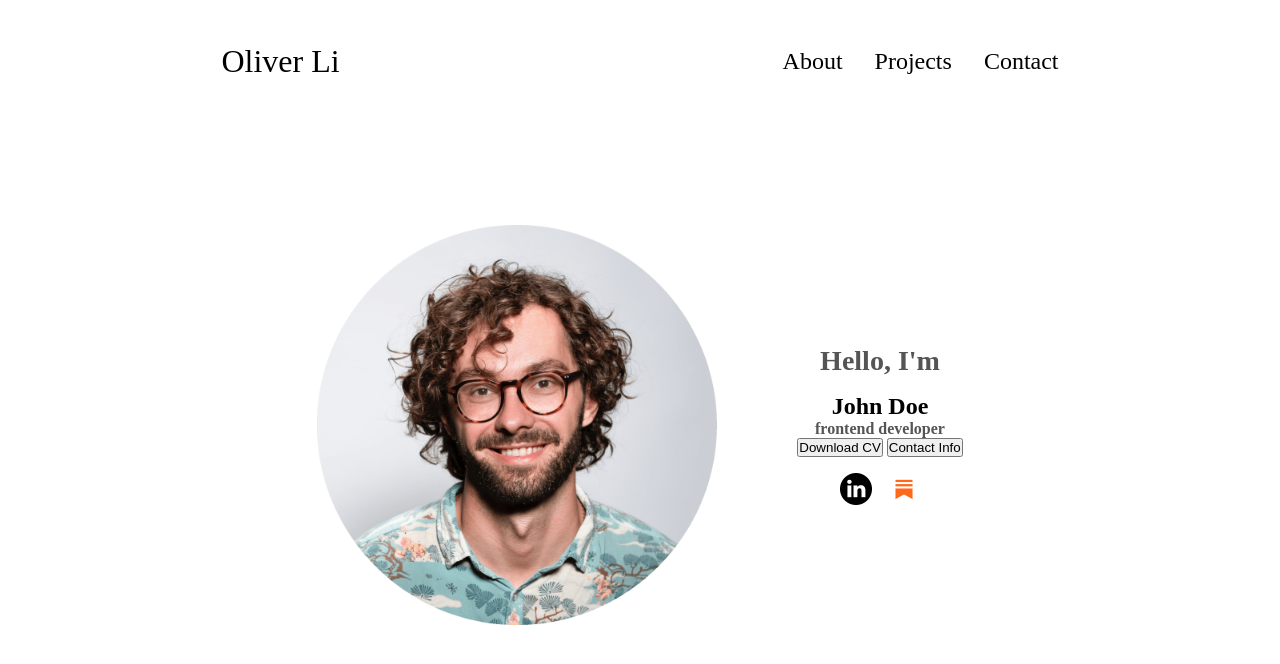
Repository: oliverli1728/portfolio
Page: index.html
These files come from the project's save history. The page is drawn as it stood at one moment and after the next save; the edit follows.
The browser window is 1280 px wide. The pictures show the whole page.
Some web fonts or font styles are not loaded; a fallback is used.

Above is the page before, as saved 2025-09-25 21:09:40.
Console error (its wording comes from the project's code and is left out).

After the next save:
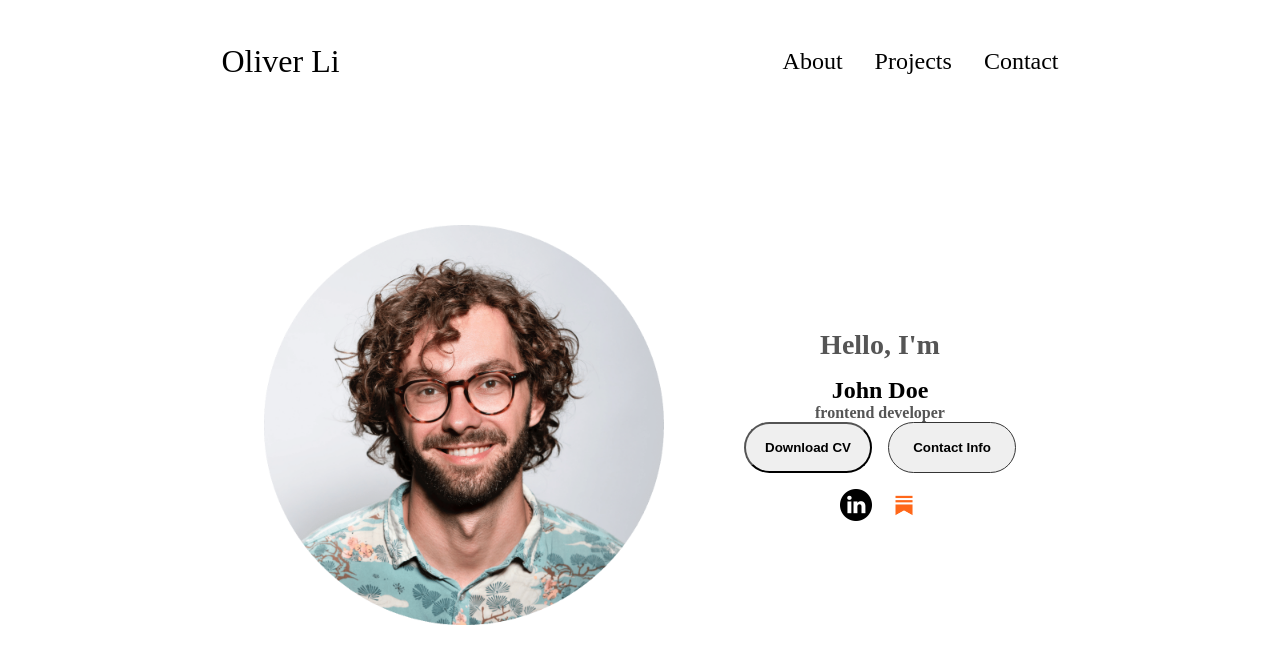
Saved 3 min 27 s later.
--- a/style.css
+++ b/style.css
@@ -219,3 +219,24 @@ section {
     cursor: pointer;
     height: 2rem;
 }
+
+/* Buttons */
+
+.btn-container {
+    display: flex;
+    justify-content: center;
+    gap: 1rem;
+}
+
+.btn {
+    font-weight: 600;
+    transition: all 300ms ease;
+    padding: 1rem;
+    width: 8rem;
+    border-radius: 2rem;
+}
+
+.btn-color-1, btn-color-2 {
+    border: rgb(53, 53, 53) 0.1rem solid;
+
+}
